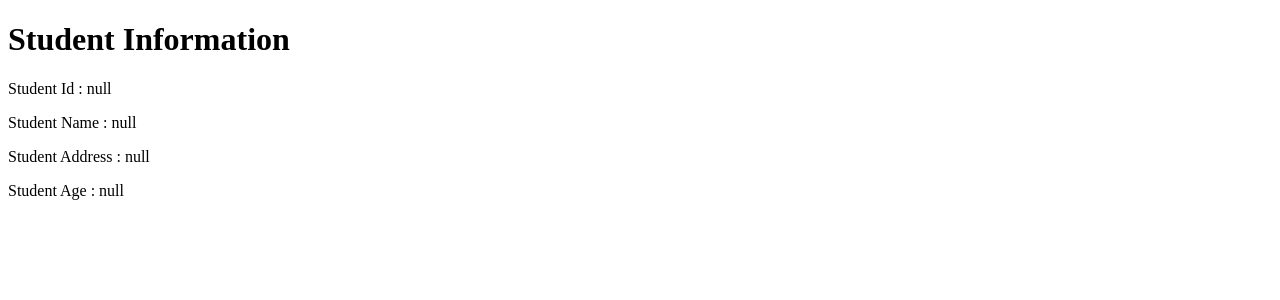
Repository: mangeshdhande70/iNeuron_Assignment
Page: http://localhost/QP-15/info.jsp
These files come from the project's save history. The page is drawn as it stood at one moment and after the next save; the edit follows.
The browser window is 1280 px wide. The pictures show the whole page.
The page is served by Tomcat 9. The template is opened directly, without the code that normally fills it, so the values that code supplies are empty.

Above is the page before, as saved 2023-05-14 08:23:35.

After the next save:
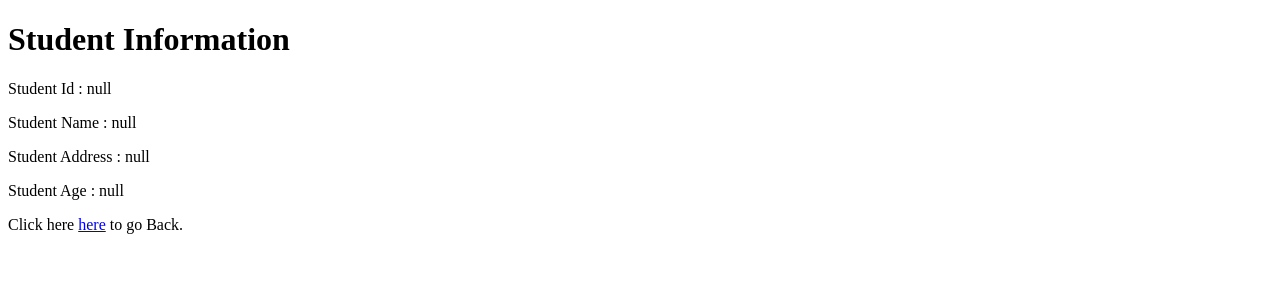
Saved 2 min 21 s later.
--- a/QP-15/src/main/webapp/info.jsp
+++ b/QP-15/src/main/webapp/info.jsp
@@ -10,5 +10,8 @@
     <p>Student Name : <%= request.getAttribute("name") %></p>
     <p>Student Address : <%= request.getAttribute("address") %></p>
     <p>Student Age : <%= request.getAttribute("age") %></p>
+
+      <p>Click here <a href="index.html">here</a> to go Back.</p>
+
 </body>
 </html>
